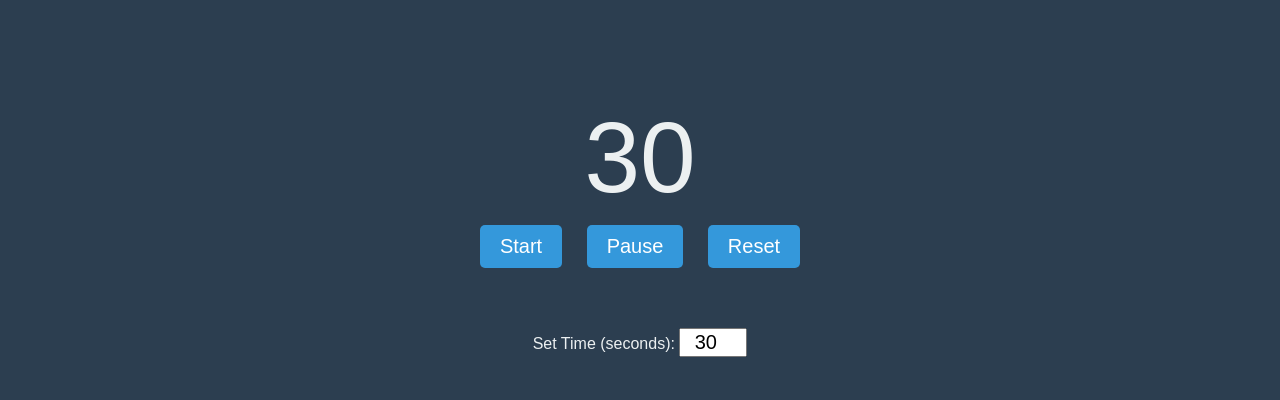
Repository: STnaidoo/poker-shot-clock
Page: index.html
An editor plug-in stored every save of this project. The page is shown before and after the next save, followed by the edit.
The browser window is 1280 px wide. The pictures show the whole page.

Above is the page before, as saved 2024-10-31 12:24:40.

### index.html

<!DOCTYPE html>
<html>
<head>
    <title>Poker Shot Clock</title>
    <style>
        body {
            font-family: Arial, sans-serif;
            text-align: center;
            background-color: #2c3e50;
            color: #ecf0f1;
            margin: 0;
            padding: 0;
        }

        #timer {
            font-size: 100px;
            margin-top: 100px;
        }

        .button {
            font-size: 20px;
            padding: 10px 20px;
            margin: 10px;
            background-color: #3498db;
            border: none;
            color: #fff;
            cursor: pointer;
            border-radius: 5px;
        }

        .button:active {
            background-color: #2980b9;
        }

        #settings {
            margin-top: 50px;
        }

        input[type=number] {
            font-size: 20px;
            width: 60px;
            text-align: center;
        }
    </style>
</head>
<body>

    <div id="timer">30</div>

    <button id="startButton" class="button">Start</button>
    <button id="pauseButton" class="button">Pause</button>
    <button id="resetButton" class="button">Reset</button>

    <div id="settings">
        <label for="timeInput">Set Time (seconds): </label>
        <input type="number" id="timeInput" value="30" min="1" max="300">
    </div>

    <script>
        var timerDisplay = document.getElementById('timer');
        var startButton = document.getElementById('startButton');
        var pauseButton = document.getElementById('pauseButton');
        var resetButton = document.getElementById('resetButton');
        var timeInput = document.getElementById('timeInput');

        var timeLeft = parseInt(timeInput.value);
        var timerId;
        var isRunning = false;

        timerDisplay.textContent = timeLeft;

        startButton.addEventListener('click', function() {
            if (!isRunning) {
                timeLeft = parseInt(timerDisplay.textContent);
                timerId = setInterval(countdown, 1000);
                isRunning = true;
            }
        });

        pauseButton.addEventListener('click', function() {
            if (isRunning) {
                clearInterval(timerId);
                isRunning = false;
            }
        });

        resetButton.addEventListener('click', function() {
            clearInterval(timerId);
            timeLeft = parseInt(timeInput.value);
            timerDisplay.textContent = timeLeft;
            isRunning = false;
        });

        timeInput.addEventListener('change', function() {
            if (!isRunning) {
                timeLeft = parseInt(timeInput.value);
                timerDisplay.textContent = timeLeft;
            }
        });

        function countdown() {
            if (timeLeft <= 0) {
                clearInterval(timerId);
                timerDisplay.textContent = "Time's up!";
                isRunning = false;
                alert("Time's up!");
            } else {
                timeLeft--;
                timerDisplay.textContent = timeLeft;
            }
        }
    </script>

</body>
</html>

After the next save:
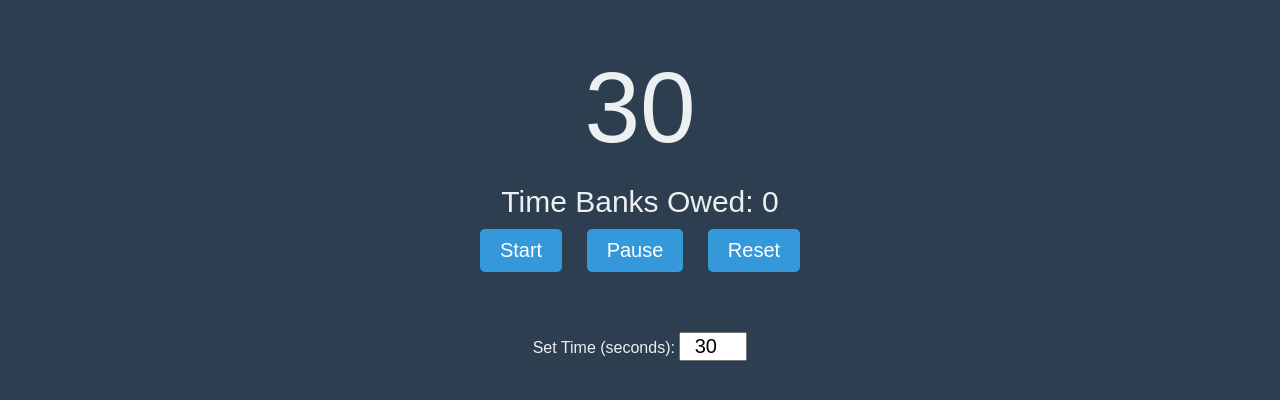
Saved 2 min 55 s later.
--- a/index.html
+++ b/index.html
@@ -1,4 +1,3 @@
-
 <!DOCTYPE html>
 <html>
 <head>
@@ -15,7 +14,12 @@
 
         #timer {
             font-size: 100px;
-            margin-top: 100px;
+            margin-top: 50px;
+        }
+
+        #timeBanks {
+            font-size: 30px;
+            margin-top: 20px;
         }
 
         .button {
@@ -47,6 +51,7 @@
 <body>
 
     <div id="timer">30</div>
+    <div id="timeBanks">Time Banks Owed: 0</div>
 
     <button id="startButton" class="button">Start</button>
     <button id="pauseButton" class="button">Pause</button>
@@ -59,14 +64,17 @@
 
     <script>
         var timerDisplay = document.getElementById('timer');
+        var timeBanksDisplay = document.getElementById('timeBanks');
         var startButton = document.getElementById('startButton');
         var pauseButton = document.getElementById('pauseButton');
         var resetButton = document.getElementById('resetButton');
         var timeInput = document.getElementById('timeInput');
 
         var timeLeft = parseInt(timeInput.value);
+        var initialTime = timeLeft;
         var timerId;
         var isRunning = false;
+        var timeBanksOwed = 0;
 
         timerDisplay.textContent = timeLeft;
 
@@ -88,28 +96,43 @@
         resetButton.addEventListener('click', function() {
             clearInterval(timerId);
             timeLeft = parseInt(timeInput.value);
+            initialTime = timeLeft;
             timerDisplay.textContent = timeLeft;
             isRunning = false;
+            timeBanksOwed = 0;
+            timeBanksDisplay.textContent = 'Time Banks Owed: ' + timeBanksOwed;
         });
 
         timeInput.addEventListener('change', function() {
             if (!isRunning) {
                 timeLeft = parseInt(timeInput.value);
+                initialTime = timeLeft;
                 timerDisplay.textContent = timeLeft;
             }
         });
 
         function countdown() {
             if (timeLeft <= 0) {
-                clearInterval(timerId);
-                timerDisplay.textContent = "Time's up!";
-                isRunning = false;
-                alert("Time's up!");
+                timeBanksOwed++;
+                timeBanksDisplay.textContent = 'Time Banks Owed: ' + timeBanksOwed;
+                playBeep();
+                timeLeft = initialTime;
+                timerDisplay.textContent = timeLeft;
             } else {
                 timeLeft--;
                 timerDisplay.textContent = timeLeft;
             }
         }
+
+        function playBeep() {
+            var context = new (window.AudioContext || window.webkitAudioContext)();
+            var oscillator = context.createOscillator();
+            oscillator.type = "square";
+            oscillator.frequency.setValueAtTime(440, context.currentTime); // Frequency in Hz
+            oscillator.connect(context.destination);
+            oscillator.start();
+            oscillator.stop(context.currentTime + 0.1); // Beep duration in seconds
+        }
     </script>
 
 </body>
